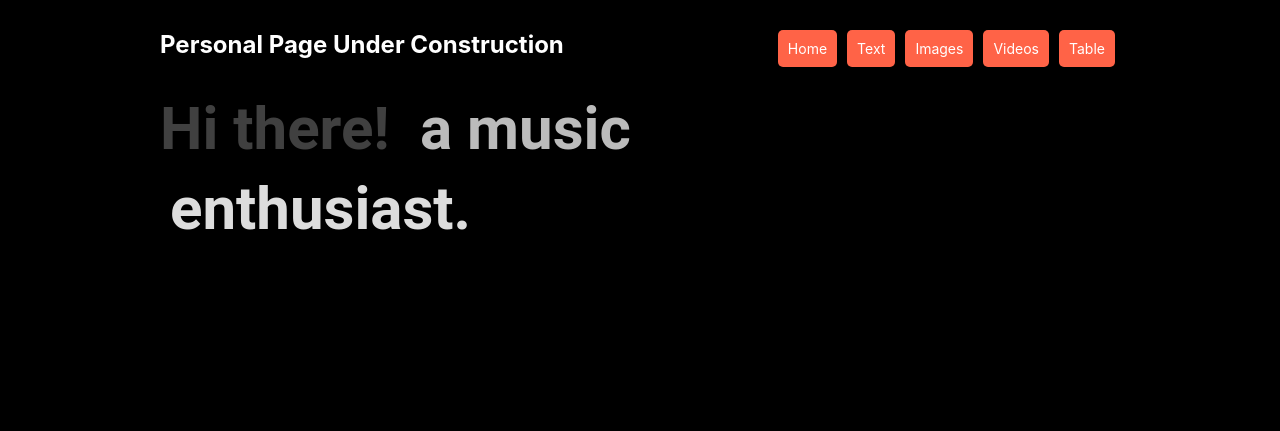
Repository: luhan68/personal_website
Page: index.html
An editor plug-in stored every save of this project. The page is shown before and after the next save, followed by the edit.
The browser window is 1280 px wide. The pictures show the whole page.

Above is the page before, as saved 2021-01-30 12:34:09.

### index.html
<div class="container">
    <link href='style.css' rel='stylesheet' type='text/css'>
    <div class="nav">
        <div class="nav-bar">
            <ul>
                <li><a href="index.html">Home</a></li>
                <li><a href="text.html">Text</a></li>
                <li><a href="image.html">Images</a></li>
                <li><a href="video.html">Videos</a></li>
                <li><a href="table.html">Table</a></li>
            </ul>

        </div>
    </div>

    <h2 class="title">Personal Page Under Construction</h2>

<!-- Here for the design idea, I referred to Paul's cool animation design on codepen and fixed a few display width bugs: https://codepen.io/paulvddool/pen/yYeeVE -->

    <div id="container">
        <div id="text">
            <h1 class="gray">Hi there! I'm</h1>
        </div>
        <div id="first">
            <ul>
                <li><h1 class="silver">Lu.</h1></li>
                <li><h1 class="lightgray">a music</h1></li>
                <li><h1 class="lightgray">a user -</h1></li>
            </ul>
        </div>
        <div id="second">
            <ul>
                <li><h1 class="lightergray">enthusiast.</h1></li>
                <li><h1 class="lightergray">composer.</h1></li>
                <li><h1 class="lightergray">panist.</h1></li>
                <li><h1 class="lightergray">DJ.</h1></li>
                <li><h1 class="lightergray">story lover.</h1></li>
                <li><h1 class="lightergray">designer.</h1></li>
            </ul>
        </div>
    </div>

</div>



<div id="fb-root"></div>
<script async defer crossorigin="anonymous" src="https://connect.facebook.net/en_US/sdk.js#xfbml=1&version=v6.0&appId=2126666884255373&autoLogAppEvents=1"></script>

### style.css
* {
    margin: 0;
    padding: 0;
}

body  {
    background-color: black;
    color: white;
    font-family: -apple-system, BlinkMacSystemFont, 'Segoe UI', Roboto, Oxygen, Ubuntu, Cantarell, 'Open Sans', 'Helvetica Neue', sans-serif;
}

.container {
    width: 75vw;
    margin: 0 auto;
    margin-top: 10px;

}

.nav {
    width: 100%;
}

.logo {
    float: left;
    width: 120px;
  margin: 0;
  padding: 0;
}

.nav-bar {
    float: right;
}

.nav-bar ul li {
    float: left;
    list-style-type: none;
    padding: 10px;
    margin: 0 5px;
    background-color: tomato;
    font-size: 14px;
    border-radius: 5px;

    transition: all 0.5s ease-out;
}

.nav-bar ul li:hover {
    background-color: wheat;
}

a {
    color: white;
    text-decoration: none;
}


.title {
text-align: left;
margin: 30px 0;
}

.myVideo {
text-align: center;
}

.myVideo iframe {
margin: 20px 20px;
}

.fb-like {
margin-bottom: 30px;
}

.footer {
width: 100%;
background-color: #333;
text-align: center;
padding: 20px 0;
margin-top: 50px;
}


input[type=text], select, textarea {
    width: 100%; /* Full width */
    padding: 12px; /* Some padding */
    border: 1px solid #ccc; /* Gray border */
    border-radius: 4px; /* Rounded borders */
    box-sizing: border-box; /* Make sure that padding and width stays in place */
    margin-top: 6px; /* Add a top margin */
    margin-bottom: 16px; /* Bottom margin */
    resize: vertical /* Allow the user to vertically resize the textarea (not horizontally) */
  }

  input[type=submit] {
    background-color: #a73012;
    color: white;
    padding: 12px 20px;
    border: none;
    border-radius: 4px;
    cursor: pointer;
  }

  input[type=submit]:hover {
    background-color: #d10c0c;
  }


  .myGallery {
    display: grid;
    grid-gap: 20px;
    grid-template-columns: repeat(auto-fit, minmax(175px, 1fr));
  }

  .myGallery img {
    width: 100%;
  }


table {
    font-family: Arial, Helvetica, sans-serif;
    border-collapse: collapse;
    width: 100%;
  }

table td, table th {
    border: 1px solid rgb(34, 33, 33);
    padding: 8px;
  }

table tr:nth-child(even){background-color: #110f0f;}

table tr:hover {background-color: rgb(46, 43, 43);}

table th {
    padding-top: 12px;
    padding-bottom: 12px;
    text-align: left;
    background-color: #350901;
    color: white;
  }


  p,
label {
    font: 1rem 'Fira Sans', sans-serif;
}

input {
    margin: .4rem;
}


/* I refer to Paul's cool animation design on codepen and fix a few display width bugs: https://codepen.io/paulvddool/pen/yYeeVE */

#animation {
	display: block;
	margin: 20% auto;
	height: 80px;
	width: auto;
}
@media screen and (max-width: 1080px) {
	#animation {
		box-sizing: border-box;
		-moz-box-sizing: border-box;
		padding: 0px;
		width: 100%;
	}
}
@keyframes animateOnce {
	0% { transform: translateY(80px); -webkit-transform: translateY(80px); -moz-transform: translateY(80px); }
	100% { transform: translateY(0px); -webkit-transform: translateY(0px); -moz-transform: translateY(0px); }
}
@-webkit-keyframes animateOnce {
	0% { transform: translateY(80px); -webkit-transform: translateY(80px); -moz-transform: translateY(80px); }
	100% { transform: translateY(0px); -webkit-transform: translateY(0px); -moz-transform: translateY(0px); }
}
#text {
	width: 250px;
	height: 80px;
	float: left;
	overflow: hidden;
}
#text h1 {
	animation: animateOnce 0.2s;
	-webkit-animation: animateOnce 0.2s;
}
@keyframes animateFirst {
	0% { transform: translateY(80px); -webkit-transform: translateY(80px); -moz-transform:translateY(80px); }
	1% { transform: translateY(0px); -webkit-transform: translateY(0px); -moz-transform:translateY(0px); }
	14% { transform: translateY(0px); -webkit-transform: translateY(0px); -moz-transform:translateY(0px); }
	15% { transform: translateY(-80px); -webkit-transform: translateY(-80px); -moz-transform:translateY(-80px); }
	70% { transform: translateY(-80px); -webkit-transform: translateY(-80px); -moz-transform:translateY(-80px); }
	71% { transform: translateY(-160px); -webkit-transform: translateY(-160px); -moz-transform:translateY(-160px); }
	99% { transform: translateY(-160px); -webkit-transform: translateY(-160px); -moz-transform:translateY(-160px); }
	100% { transform: translateY(-240px); -webkit-transform: translateY(-240px); -moz-transform:translateY(-240px); }
}
@-webkit-keyframes animateFirst {
	0% { transform: translateY(80px); -webkit-transform: translateY(80px); -moz-transform:translateY(80px); }
	1% { transform: translateY(0px); -webkit-transform: translateY(0px); -moz-transform:translateY(0px); }
	14% { transform: translateY(0px); -webkit-transform: translateY(0px); -moz-transform:translateY(0px); }
	15% { transform: translateY(-80px); -webkit-transform: translateY(-80px); -moz-transform:translateY(-80px); }
	70% { transform: translateY(-80px); -webkit-transform: translateY(-80px); -moz-transform:translateY(-80px); }
	71% { transform: translateY(-160px); -webkit-transform: translateY(-160px); -moz-transform:translateY(-160px); }
	99% { transform: translateY(-160px); -webkit-transform: translateY(-160px); -moz-transform:translateY(-160px); }
	100% { transform: translateY(-240px); -webkit-transform: translateY(-240px); -moz-transform:translateY(-240px); }
}
@keyframes animateSecond {
	0% { transform: translateY(80px); -webkit-transform: translateY(80px); -moz-transform: translateY(80px); }
	14% { transform: translateY(80px); -webkit-transform: translateY(80px); -moz-transform: translateY(80px); }
	15% { transform: translateY(0px); -webkit-transform: translateY(0px); -moz-transform: translateY(0px); }
	29% { transform: translateY(0px); -webkit-transform: translateY(0px); -moz-transform: translateY(0px); }
	30% { transform: translateY(-80px); -webkit-transform: translateY(-80px); -moz-transform: translateY(-80px); }
	44% { transform: translateY(-80px); -webkit-transform: translateY(-80px); -moz-transform: translateY(-80px); }
	45% { transform: translateY(-160px); -webkit-transform: translateY(-160px); -moz-transform: translateY(-160px); }
	59% { transform: translateY(-160px); -webkit-transform: translateY(-160px); -moz-transform: translateY(-160px); }
	60% { transform: translateY(-240px); -webkit-transform: translateY(-240px); -moz-transform: translateY(-240px); }
	70% { transform: translateY(-240px); -webkit-transform: translateY(-240px); -moz-transform: translateY(-240px); }
	71% { transform: translateY(-320px); -webkit-transform: translateY(-320px); -moz-transform: translateY(-320px); }
	85% { transform: translateY(-320px); -webkit-transform: translateY(-320px); -moz-transform: translateY(-320px); }
	86% { transform: translateY(-400px); -webkit-transform: translateY(-400px); -moz-transform: translateY(-400px); }
	99% { transform: translateY(-400px); -webkit-transform: translateY(-400px); -moz-transform: translateY(-400px); }
	100% { transform: translateY(-480px); -webkit-transform: translateY(-480px); -moz-transform: translateY(-480px); }
}
@-webkit-keyframes animateSecond {
	0% { transform: translateY(80px); -webkit-transform: translateY(80px); -moz-transform: translateY(80px); }
	14% { transform: translateY(80px); -webkit-transform: translateY(80px); -moz-transform: translateY(80px); }
	15% { transform: translateY(0px); -webkit-transform: translateY(0px); -moz-transform: translateY(0px); }
	29% { transform: translateY(0px); -webkit-transform: translateY(0px); -moz-transform: translateY(0px); }
	30% { transform: translateY(-80px); -webkit-transform: translateY(-80px); -moz-transform: translateY(-80px); }
	44% { transform: translateY(-80px); -webkit-transform: translateY(-80px); -moz-transform: translateY(-80px); }
	45% { transform: translateY(-160px); -webkit-transform: translateY(-160px); -moz-transform: translateY(-160px); }
	59% { transform: translateY(-160px); -webkit-transform: translateY(-160px); -moz-transform: translateY(-160px); }
	60% { transform: translateY(-240px); -webkit-transform: translateY(-240px); -moz-transform: translateY(-240px); }
	70% { transform: translateY(-240px); -webkit-transform: translateY(-240px); -moz-transform: translateY(-240px); }
	71% { transform: translateY(-320px); -webkit-transform: translateY(-320px); -moz-transform: translateY(-320px); }
	85% { transform: translateY(-320px); -webkit-transform: translateY(-320px); -moz-transform: translateY(-320px); }
	86% { transform: translateY(-400px); -webkit-transform: translateY(-400px); -moz-transform: translateY(-400px); }
	99% { transform: translateY(-400px); -webkit-transform: translateY(-400px); -moz-transform: translateY(-400px); }
	100% { transform: translateY(-480px); -webkit-transfo	m: translateY(-480px); -moz-transform: translateY(-480px); }
}
#first {
	height: 80px;
	float: left;
	margin-left: 10px;
	overflow: hidden;
}
#first ul {
	width: 230px;
	list-style: none;
	margin: 0;
	padding: 0;
	animation: animateFirst 21s infinite;
	-webkit-animation: animateFirst 21s infinite;
}

#second {
	height: 80px;
	float: left;
	margin-left: 10px;
	overflow: hidden;
}
#second ul {
	width: 600px;
	list-style: none;
	margin: 0;
	padding: 0;
	animation: animateSecond 21s infinite;
	-webkit-animation: animateSecond 21s infinite;
}

h1 {
	font-family: 'Roboto', 'Helvetica Neue', Helvetica, Arial;
	font-size: 60px;
	font-weight: 700;
	line-height: 80px;
	margin: 0px;
}
.gray {
	color: #404040;
}
.silver {
	color: #909090;
}
.lightgray {
	color: #BBB;
}
.lightergray {
	color: #DDD;
}

After the next save:
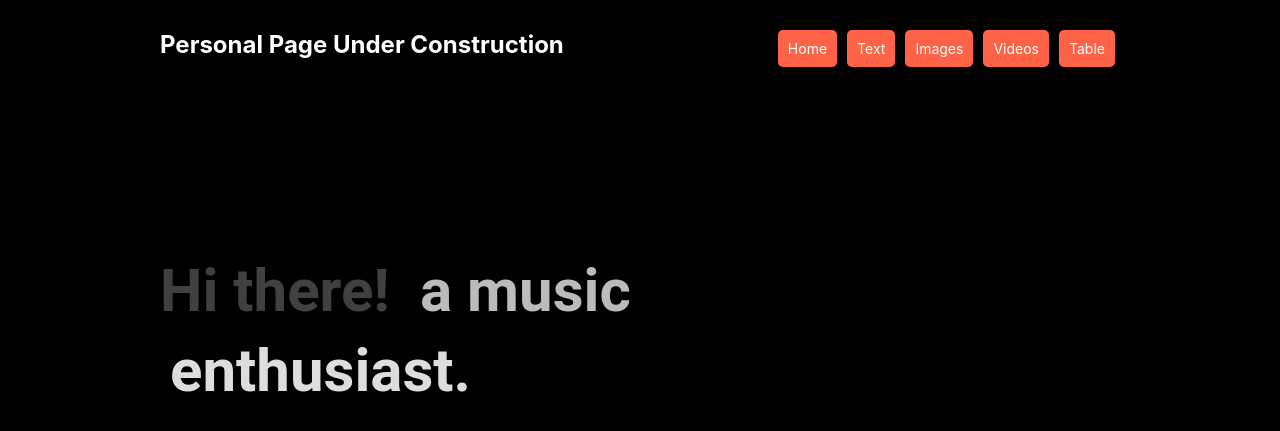
Saved 1 s later.
--- a/index.html
+++ b/index.html
@@ -17,7 +17,7 @@
 
 <!-- Here for the design idea, I referred to Paul's cool animation design on codepen and fixed a few display width bugs: https://codepen.io/paulvddool/pen/yYeeVE -->
 
-    <div id="container">
+    <div id="animation">
         <div id="text">
             <h1 class="gray">Hi there! I'm</h1>
         </div>
